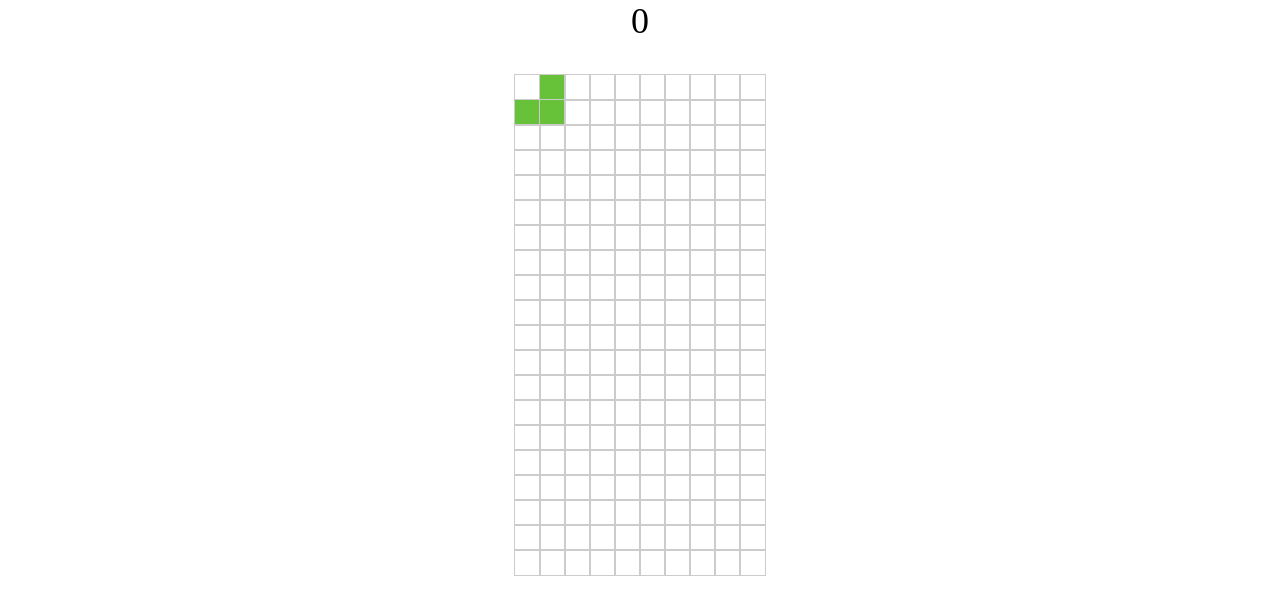
Repository: chlwpdnswku/tetris
Page: index.html
An editor plug-in stored every save of this project. The page is shown before and after the next save, followed by the edit.
The browser window is 1280 px wide. The pictures show the whole page.

Above is the page before, as saved 2022-12-12 02:24:47.

After the next save:
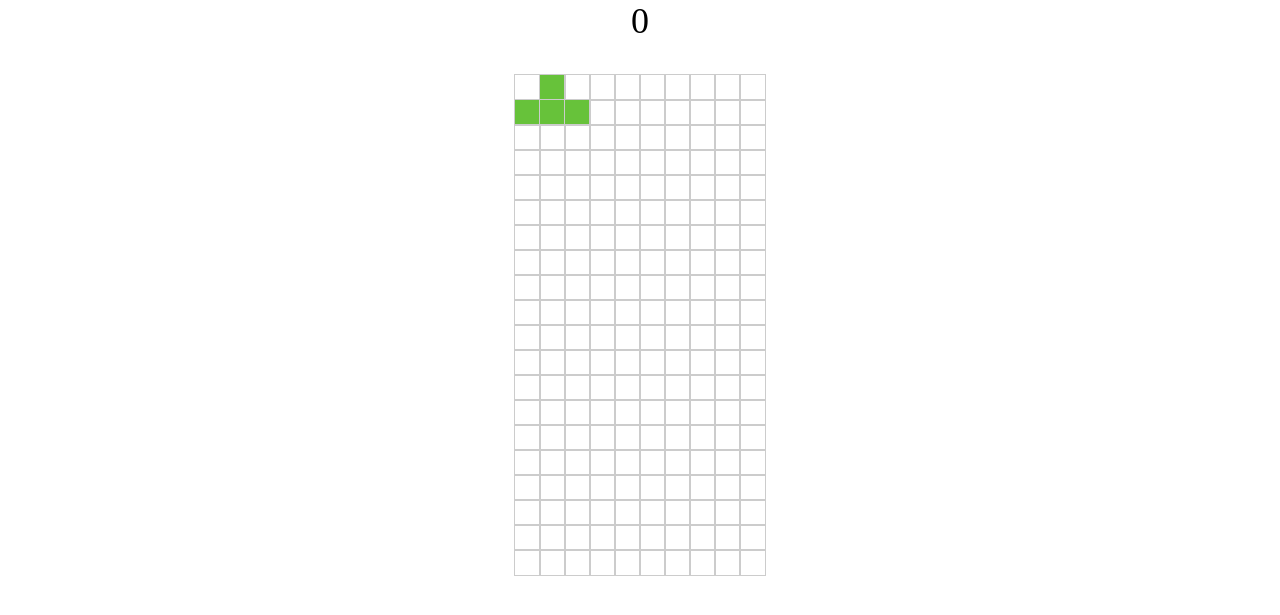
Saved 28 s later.
--- a/script.js
+++ b/script.js
@@ -45,7 +45,7 @@
 
 const movingItem = {
   type: 'tree',
-  direction: 1,
+  direction: 0,
   top: 0,
   left: 0,
 };

After the save that followed:
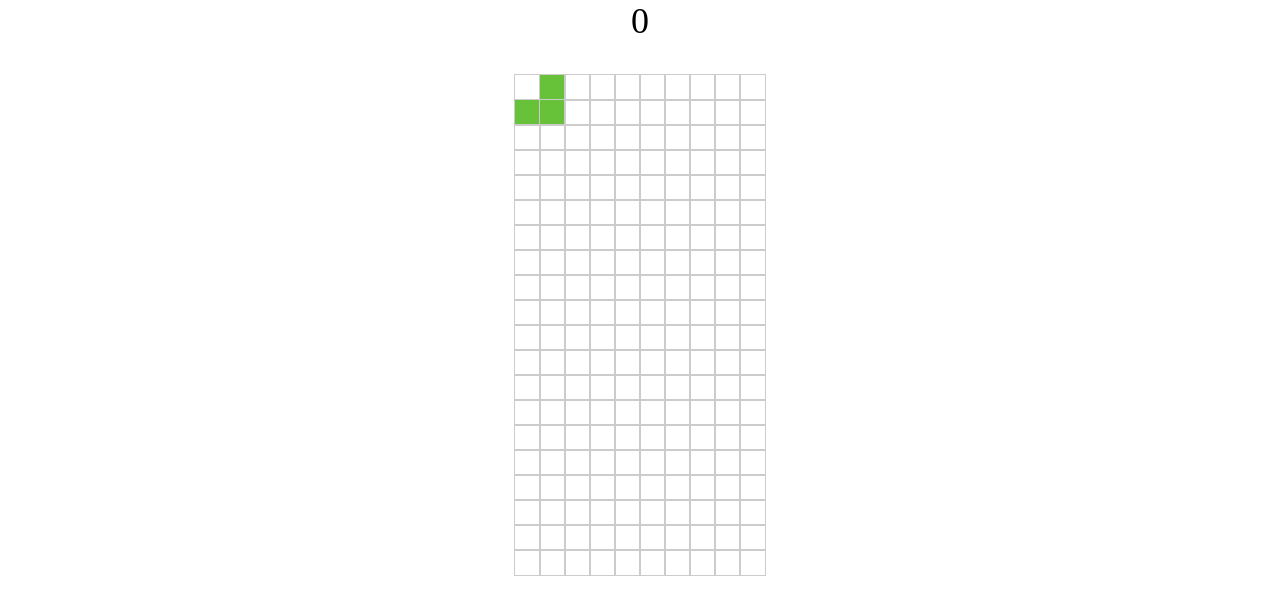
Saved 8 s later.
--- a/script.js
+++ b/script.js
@@ -45,7 +45,7 @@
 
 const movingItem = {
   type: 'tree',
-  direction: 0,
+  direction: 1,
   top: 0,
   left: 0,
 };
